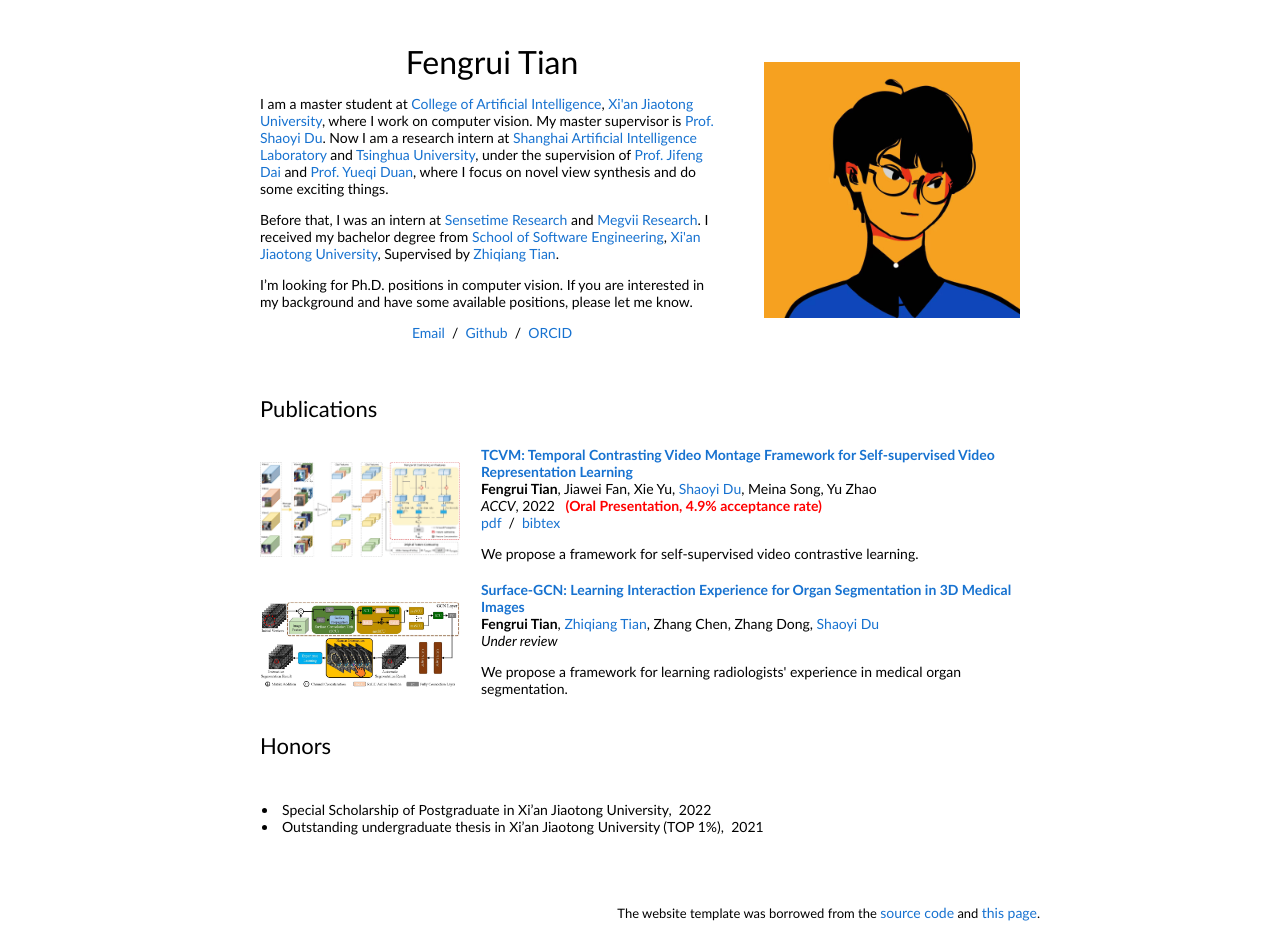
Repository: tianfr/tianfr.github.io
Page: index.html
The author's editor kept a copy of each file at every save. The page is drawn from the files as they stood at one save, then again after the next save.
The browser window is 1280 px wide. The pictures show the whole page.

Above is the page before, as saved 2022-11-20 16:06:16.

### index.html
<!DOCTYPE HTML>
<html lang="en"><head><meta http-equiv="Content-Type" content="text/html; charset=UTF-8">

  <title>Fengrui Tian</title>

  <meta name="author" content="Fengrui Tian">
  <meta name="viewport" content="width=device-width, initial-scale=1">

  <link rel="stylesheet" type="text/css" href="stylesheet.css">
	<link rel="icon" href="data:[embedded picture, 141 characters]">
</head>

<body>
  <table style="width:100%;max-width:800px;border:0px;border-spacing:0px;border-collapse:separate;margin-right:auto;margin-left:auto;"><tbody>
    <tr style="padding:0px">
      <td style="padding:0px">
        <table style="width:100%;border:0px;border-spacing:0px;border-collapse:separate;margin-right:auto;margin-left:auto;"><tbody>
          <tr style="padding:0px">
            <td style="padding:2.5%;width:63%;vertical-align:middle">
              <p style="text-align:center">
                <name>Fengrui Tian</name>
              </p>
              <p>I am a master student at <a href="http://iair.xjtu.edu.cn/">College of Artificial Intelligence</a>, <a href="http://www.xjtu.edu.cn/">Xi'an Jiaotong University</a>, where I work on computer vision. My master supervisor is <a href="https://gr.xjtu.edu.cn/en/web/dushaoyi/home">Prof. Shaoyi Du</a>. Now I am a research intern at <a href="https://www.shlab.org.cn/">Shanghai Artificial Intelligence Laboratory</a> and <a href="https://www.tsinghua.edu.cn/">Tsinghua University</a>, under the supervision of <a href="https://jifengdai.org/">Prof. Jifeng Dai</a> and  <a href="https://duanyueqi.github.io/">Prof. Yueqi Duan</a>, where I focus on novel view synthesis and do some exciting things.
              </p>
              <p> Before that, I was an intern at <a href="https://www.sensetime.com/">Sensetime Research</a> and
                <a href="https://www.megvii.com/">Megvii Research</a>. I received my bachelor degree from  <a href="https://blog.google/products/google-ar-vr/introducing-next-generation-jump/">School of Software Engineering</a>, <a href="http://www.xjtu.edu.cn/">Xi'an Jiaotong University</a>, Supervised by <a href="https://gr.xjtu.edu.cn/en/web/zhiqiangtian/home">Zhiqiang Tian</a>.
              </p>
              <p>  I’m looking for Ph.D. positions in computer vision. If you are interested in my background and have some available positions, please let me know.
              </p>
              <p style="text-align:center">
                <a href="mailto:tianfr@stu.xjtu.edu.cn">Email</a> &nbsp/&nbsp
                <!-- <a href="data/JonBarron-CV.pdf">CV</a> &nbsp/&nbsp -->
                <!-- <a href="data/JonBarron-bio.txt">Bio</a> &nbsp/&nbsp -->
                <!-- <a href="https://scholar.google.com/citations?hl=en&user=jktWnL8AAAAJ">Google Scholar</a> &nbsp/&nbsp -->
                <!-- <a href="https://twitter.com/jon_barron">Twitter</a> &nbsp/&nbsp -->
                <a href="https://github.com/tianfr/">Github</a> &nbsp/&nbsp
                <a href="https://orcid.org/0000-0002-9577-5276">ORCID</a>
              </p>
            </td>
            <td style="padding:2.5%;width:40%;max-width:40%">
              <a href="images/Fengrui_Tian_avatar.jpg"><img style="width:100%;max-width:100%" alt="profile photo" src="images/Fengrui_Tian_avatar.jpg" class="hoverZoomLink"></a>
            </td>
          </tr>
        <!-- </tbody></table>
        <table style="width:100%;border:0px;border-spacing:0px;border-collapse:separate;margin-right:auto;margin-left:auto;"><tbody>
            <tr>
            <td style="padding:20px;width:100%;vertical-align:middle">
              <heading>Research</heading>
              <p>
                I'm interested in computer vision, machine learning, optimization, and image processing. Much of my research is about inferring the physical world (shape, motion, color, light, etc) from images. Representative papers are <span class="highlight">highlighted</span>.
              </p>
            </td>
          </tr>
        </tbody></table> -->
        <table width="100%" align="center" border="0" cellspacing="0" cellpadding="20"><tbody>
          <tr>
            <td>
              <heading>Publications</heading>
            </td>
          </tr>
        </tbody></table>
        <table style="width:100%;border:0px;border-spacing:0px;border-collapse:separate;margin-right:auto;margin-left:auto;"><tbody>

          <tr onmouseout="dreamfusion_stop()" onmouseover="dreamfusion_start()">
            <td style="padding:20px;width:25%;vertical-align:middle">
              <img src="images/tcvm_overview.jpg" alt="prl" width="200" height="95">
            </td>
            <!-- <td style="padding:20px;width:25%;vertical-align:middle">
              <div class="one">
                <div class="two" id='dreamfusion_image'><video  width=100% height=100% muted autoplay loop>
                <source src="images/dreamfusion.mp4" type="video/mp4">
                Your browser does not support the video tag.
                </video></div>
                <img src='images/tcvm_overview.jpg' width="160">
              </div>
              <script type="text/javascript">
                function dreamfusion_start() {
                  document.getElementById('dreamfusion_image').style.opacity = "1";
                }

                function dreamfusion_stop() {
                  document.getElementById('dreamfusion_image').style.opacity = "0";
                }
                dreamfusion_stop()
              </script>
            </td> -->
            <!-- <td style="padding:20px;width:75%;vertical-align:middle"> -->
            <td width="75%" valign="middle">
              <a href="paper/22accv_tcvm.pdf">
                <papertitle>TCVM: Temporal Contrasting Video Montage Framework for Self-supervised Video Representation Learning</papertitle>
              </a>
              <br>
              <strong>Fengrui Tian</strong>,
              Jiawei Fan,
              Xie Yu,
              <a href="https://gr.xjtu.edu.cn/en/web/dushaoyi/home">Shaoyi Du</a>,
              Meina Song,
              Yu Zhao
              <br>
              <em>ACCV</em>, 2022 &nbsp <font color="red"><strong>(Oral Presentation, 4.9% acceptance rate)</strong></font>
              <br>
              <a href="paper/22accv_tcvm.pdf">pdf</a>  &nbsp/&nbsp
              <a href="data/accv22TCVM.bib">bibtex</a>
              <p></p>
              <p>
              We propose a framework for self-supervised video contrastive learning.
              </p>
            </td>
          </tr>


          <tr>
            <td style="padding:20px;width:25%;vertical-align:middle">
              <img src="images/surfacegcn.jpg" alt="prl" width="200" height="85">
            </td>
            <td width="75%" valign="middle">
              <a href="">
                <papertitle>Surface-GCN: Learning Interaction Experience for Organ Segmentation in 3D Medical Images</papertitle>
              </a>
              <br>
              <strong>Fengrui Tian</strong>,
              <a href="https://gr.xjtu.edu.cn/en/web/zhiqiangtian/home">Zhiqiang Tian</a>,
              Zhang Chen,
              Zhang Dong,
              <a href="https://gr.xjtu.edu.cn/en/web/dushaoyi/home">Shaoyi Du</a>
              <br>
              <em>Under review</em>
              <br>
              <!-- <a href="data/BarronPRL2009.bib">bibtex</a> -->
              <p>We propose a framework for learning radiologists' experience in medical organ segmentation.</p>
            </td>
          </tr>

        </tbody></table>


        <table width="100%" align="center" border="0" cellspacing="0" cellpadding="20"><tbody>
          <tr>
            <td>
              <heading>Honors</heading>
            </td>
          </tr>
        </tbody></table>
        <table width="100%" align="center" border="0" cellpadding="20"><tbody>
          <tr>
            <td style="padding:20px;width:100%;vertical-align:middle">
              <li>Special Scholarship of Postgraduate in Xi’an Jiaotong University,&nbsp; 2022 </li>
              <li>Outstanding undergraduate thesis in Xi’an Jiaotong University (TOP 1%),&nbsp; 2021 </li> <br>
          </td>

          </tr>


        </tbody></table>
        <table style="width:100%;border:0px;border-spacing:0px;border-collapse:separate;margin-right:auto;margin-left:auto;"><tbody>
          <tr>
            <td style="padding:0px">
              <br>
              <p style="text-align:right;font-size:small;">
                The website template was borrowed from the <a href="https://github.com/jonbarron/website">source code</a> and <a href="https://jonbarron.info/"> this page</a>.
              </p>
            </td>
          </tr>
        </tbody></table>
      </td>
    </tr>
  </table>
</body>

</html>

### stylesheet.css
/* latin-ext */
@font-face {
  font-family: 'Lato';
  font-style: italic;
  font-weight: 400;
  src: local('Lato Italic'), local('Lato-Italic'), url(https://fonts.gstatic.com/s/lato/v15/S6u8w4BMUTPHjxsAUi-qNiXg7eU0.woff2) format('woff2');
  unicode-range: U+0100-024F, U+0259, U+1E00-1EFF, U+2020, U+20A0-20AB, U+20AD-20CF, U+2113, U+2C60-2C7F, U+A720-A7FF;
}
/* latin */
@font-face {
  font-family: 'Lato';
  font-style: italic;
  font-weight: 400;
  src: local('Lato Italic'), local('Lato-Italic'), url(https://fonts.gstatic.com/s/lato/v15/S6u8w4BMUTPHjxsAXC-qNiXg7Q.woff2) format('woff2');
  unicode-range: U+0000-00FF, U+0131, U+0152-0153, U+02BB-02BC, U+02C6, U+02DA, U+02DC, U+2000-206F, U+2074, U+20AC, U+2122, U+2191, U+2193, U+2212, U+2215, U+FEFF, U+FFFD;
}
/* latin-ext */
@font-face {
  font-family: 'Lato';
  font-style: italic;
  font-weight: 700;
  src: local('Lato Bold Italic'), local('Lato-BoldItalic'), url(https://fonts.gstatic.com/s/lato/v15/S6u_w4BMUTPHjxsI5wq_FQftx9897sxZ.woff2) format('woff2');
  unicode-range: U+0100-024F, U+0259, U+1E00-1EFF, U+2020, U+20A0-20AB, U+20AD-20CF, U+2113, U+2C60-2C7F, U+A720-A7FF;
}
/* latin */
@font-face {
  font-family: 'Lato';
  font-style: italic;
  font-weight: 700;
  src: local('Lato Bold Italic'), local('Lato-BoldItalic'), url(https://fonts.gstatic.com/s/lato/v15/S6u_w4BMUTPHjxsI5wq_Gwftx9897g.woff2) format('woff2');
  unicode-range: U+0000-00FF, U+0131, U+0152-0153, U+02BB-02BC, U+02C6, U+02DA, U+02DC, U+2000-206F, U+2074, U+20AC, U+2122, U+2191, U+2193, U+2212, U+2215, U+FEFF, U+FFFD;
}
/* latin-ext */
@font-face {
  font-family: 'Lato';
  font-style: normal;
  font-weight: 400;
  src: local('Lato Regular'), local('Lato-Regular'), url(https://fonts.gstatic.com/s/lato/v15/S6uyw4BMUTPHjxAwXiWtFCfQ7A.woff2) format('woff2');
  unicode-range: U+0100-024F, U+0259, U+1E00-1EFF, U+2020, U+20A0-20AB, U+20AD-20CF, U+2113, U+2C60-2C7F, U+A720-A7FF;
}
/* latin */
@font-face {
  font-family: 'Lato';
  font-style: normal;
  font-weight: 400;
  src: local('Lato Regular'), local('Lato-Regular'), url(https://fonts.gstatic.com/s/lato/v15/S6uyw4BMUTPHjx4wXiWtFCc.woff2) format('woff2');
  unicode-range: U+0000-00FF, U+0131, U+0152-0153, U+02BB-02BC, U+02C6, U+02DA, U+02DC, U+2000-206F, U+2074, U+20AC, U+2122, U+2191, U+2193, U+2212, U+2215, U+FEFF, U+FFFD;
}
/* latin-ext */
@font-face {
  font-family: 'Lato';
  font-style: normal;
  font-weight: 700;
  src: local('Lato Bold'), local('Lato-Bold'), url(https://fonts.gstatic.com/s/lato/v15/S6u9w4BMUTPHh6UVSwaPGQ3q5d0N7w.woff2) format('woff2');
  unicode-range: U+0100-024F, U+0259, U+1E00-1EFF, U+2020, U+20A0-20AB, U+20AD-20CF, U+2113, U+2C60-2C7F, U+A720-A7FF;
}
/* latin */
@font-face {
  font-family: 'Lato';
  font-style: normal;
  font-weight: 700;
  src: local('Lato Bold'), local('Lato-Bold'), url(https://fonts.gstatic.com/s/lato/v15/S6u9w4BMUTPHh6UVSwiPGQ3q5d0.woff2) format('woff2');
  unicode-range: U+0000-00FF, U+0131, U+0152-0153, U+02BB-02BC, U+02C6, U+02DA, U+02DC, U+2000-206F, U+2074, U+20AC, U+2122, U+2191, U+2193, U+2212, U+2215, U+FEFF, U+FFFD;
}

a {
  color: #1772d0;
  text-decoration: none;
}

a:focus,
a:hover {
  color: #f09228;
  text-decoration: none;
}

body,
td,
th,
tr,
p,
a {
  font-family: 'Lato', Verdana, Helvetica, sans-serif;
  font-size: 14px
}

strong {
  font-family: 'Lato', Verdana, Helvetica, sans-serif;
  font-size: 14px;
}

heading {
  font-family: 'Lato', Verdana, Helvetica, sans-serif;
  font-size: 22px;
}

papertitle {
  font-family: 'Lato', Verdana, Helvetica, sans-serif;
  font-size: 14px;
  font-weight: 700
}

name {
  font-family: 'Lato', Verdana, Helvetica, sans-serif;
  font-size: 32px;
}

.one {
  width: 160px;
  height: 160px;
  position: relative;
}

.two {
  width: 160px;
  height: 160px;
  position: absolute;
  transition: opacity .2s ease-in-out;
  -moz-transition: opacity .2s ease-in-out;
  -webkit-transition: opacity .2s ease-in-out;
}

.fade {
  transition: opacity .2s ease-in-out;
  -moz-transition: opacity .2s ease-in-out;
  -webkit-transition: opacity .2s ease-in-out;
}

span.highlight {
  background-color: #ffffd0;
}

After the next save:
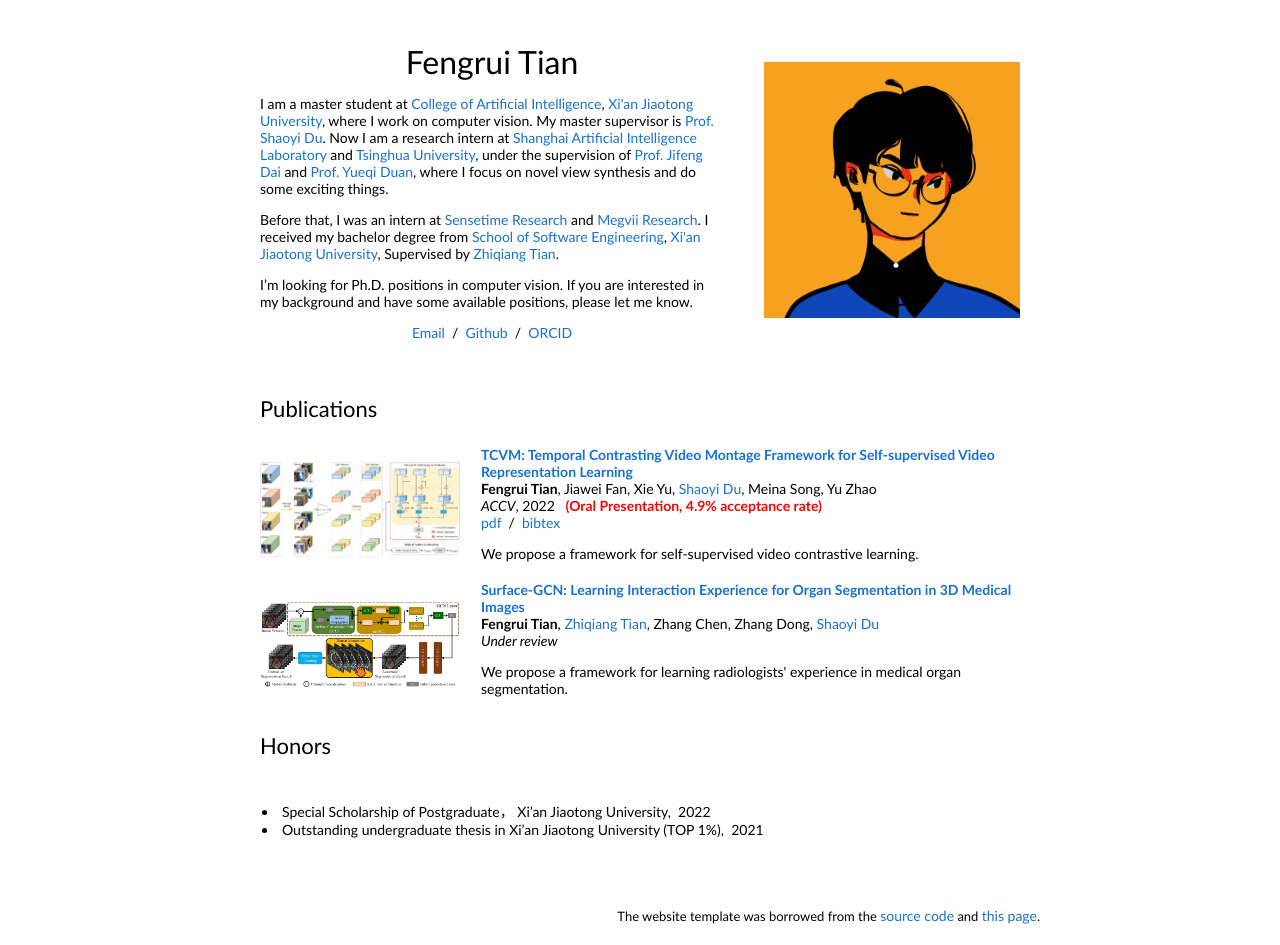
Saved 2 min 12 s later.
--- a/index.html
+++ b/index.html
@@ -144,7 +144,7 @@
         <table width="100%" align="center" border="0" cellpadding="20"><tbody>
           <tr>
             <td style="padding:20px;width:100%;vertical-align:middle">
-              <li>Special Scholarship of Postgraduate in Xi’an Jiaotong University,&nbsp; 2022 </li>
+              <li>Special Scholarship of Postgraduate， Xi’an Jiaotong University,&nbsp; 2022 </li>
               <li>Outstanding undergraduate thesis in Xi’an Jiaotong University (TOP 1%),&nbsp; 2021 </li> <br>
           </td>
 
